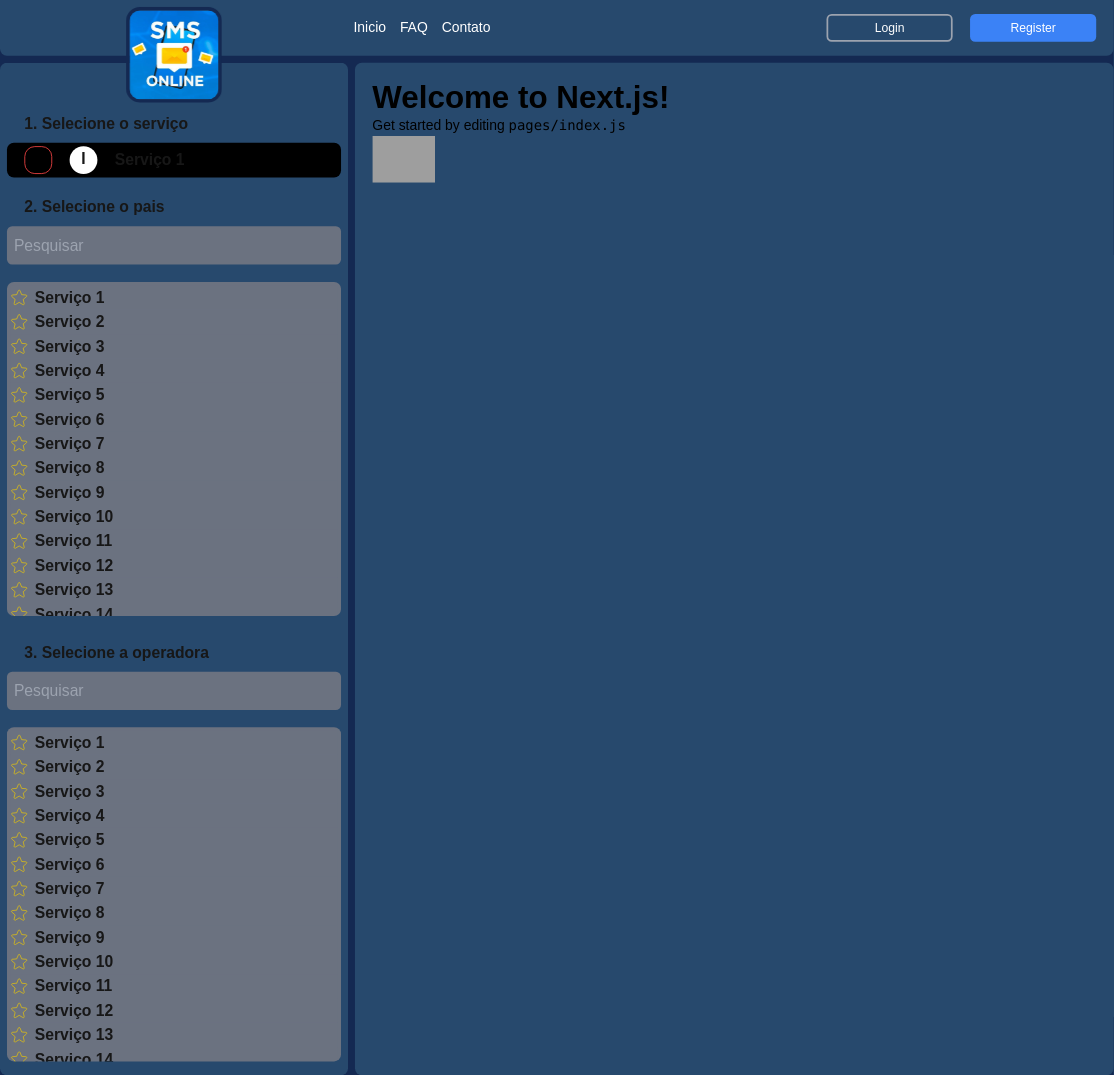
Repository: Felipe-Henrique-Dev/-DIOGO-SMS
Page: /, after clicking the first element matching `button.flex-col`
The author's editor kept a copy of each file at every save. The page is drawn from the files as they stood at one save, then again after the next save.
The browser window is 1280 px wide. The pictures show the whole page, at 87% of full size.
Pictures or frames that could not be fetched are drawn as grey boxes. The project was rebuilt for these pictures with package versions that can differ from the ones it lists, and the page was loaded fresh each time. The framework's server and built-in components were replaced by stand-ins that run in the browser. Also part of the build but not shown: next.config.ts.

Above is the page before, as saved 2024-12-16 22:31:30.

After the next save:
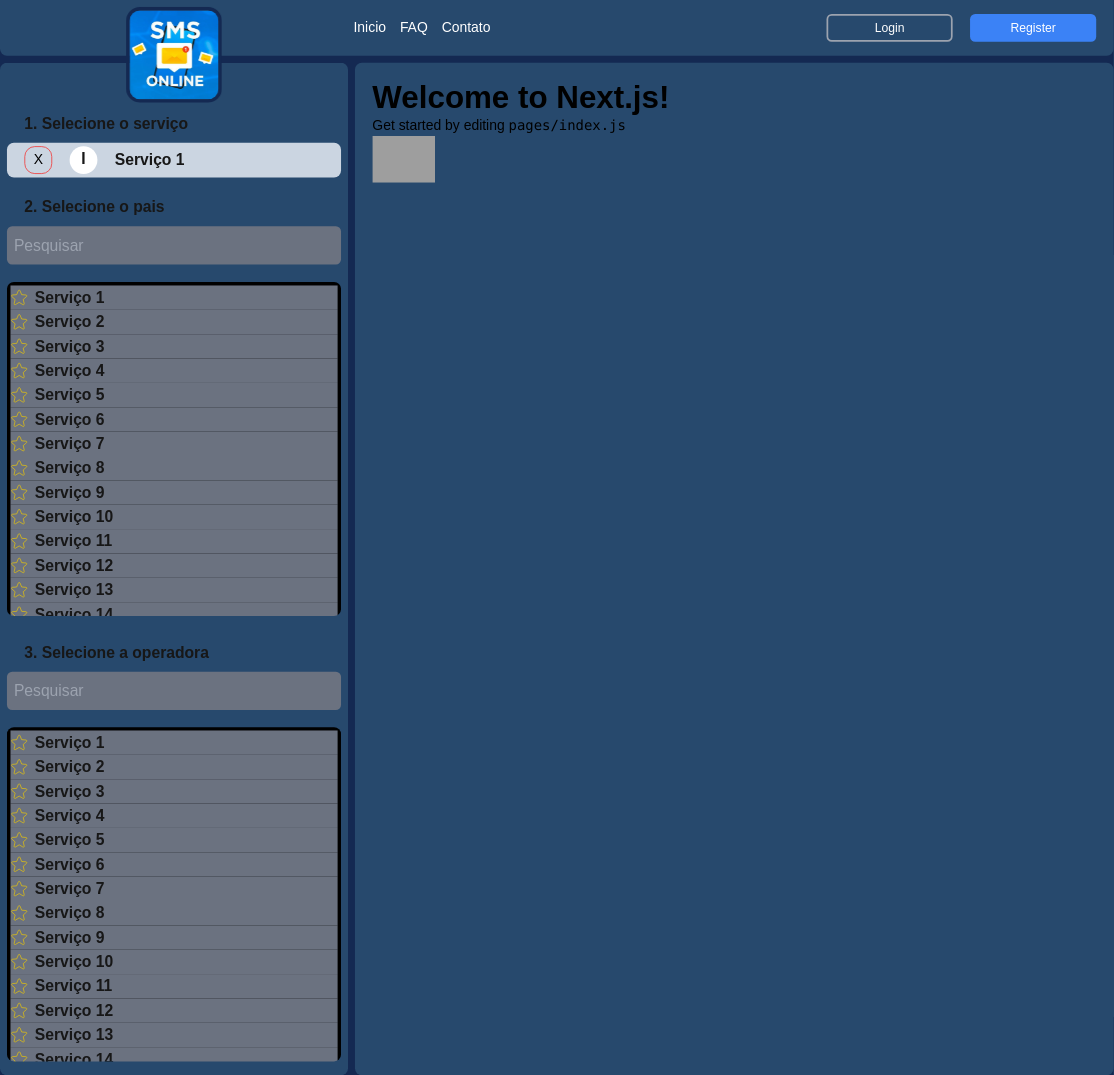
Saved 19 s later.
--- a/src/components/main/WebApp.tsx
+++ b/src/components/main/WebApp.tsx
@@ -70,7 +70,7 @@ const Container = ({
       <span className="text-lg font-bold w-full text-start px-5">{subTitle}</span>
       {
         select ?
-          <div className="flex w-full bg-black rounded-lg h-10 items-center justify-start px-5 gap-5 ">
+          <div className="flex w-full bg-slate-300 rounded-lg h-10 items-center justify-start px-5 gap-5 ">
             <button onClick={() => setSelect(null)} className="flex items-center justify-center gap-2 h-8 min-w-8 rounded-xl border-red-500 border-[1px] text-black">X</button>
             <span className="text-lg font-bold min-w-8 h-8 rounded-full text-center bg-white ">I</span>
             <span className="text-lg font-bold w-auto text-center">{select.title}</span>
@@ -78,7 +78,7 @@ const Container = ({
         :
         <>
           <Input type="text" placeholder="Pesquisar" size="lg" register={register("filter")} />
-          <div className="h-96 bg-gray-500 w-full my-2 overflow-x-auto scroll-smooth rounded-lg p-1 ">
+          <div className="h-96 bg-black w-full my-2 overflow-x-auto scroll-smooth rounded-lg p-1 ">
             {filteredAndSortedList.map((item) => (
               <div className="bg-gray-500 w-full flex items-center justify-start gap-2" key={item.id}>
                 <Stars
